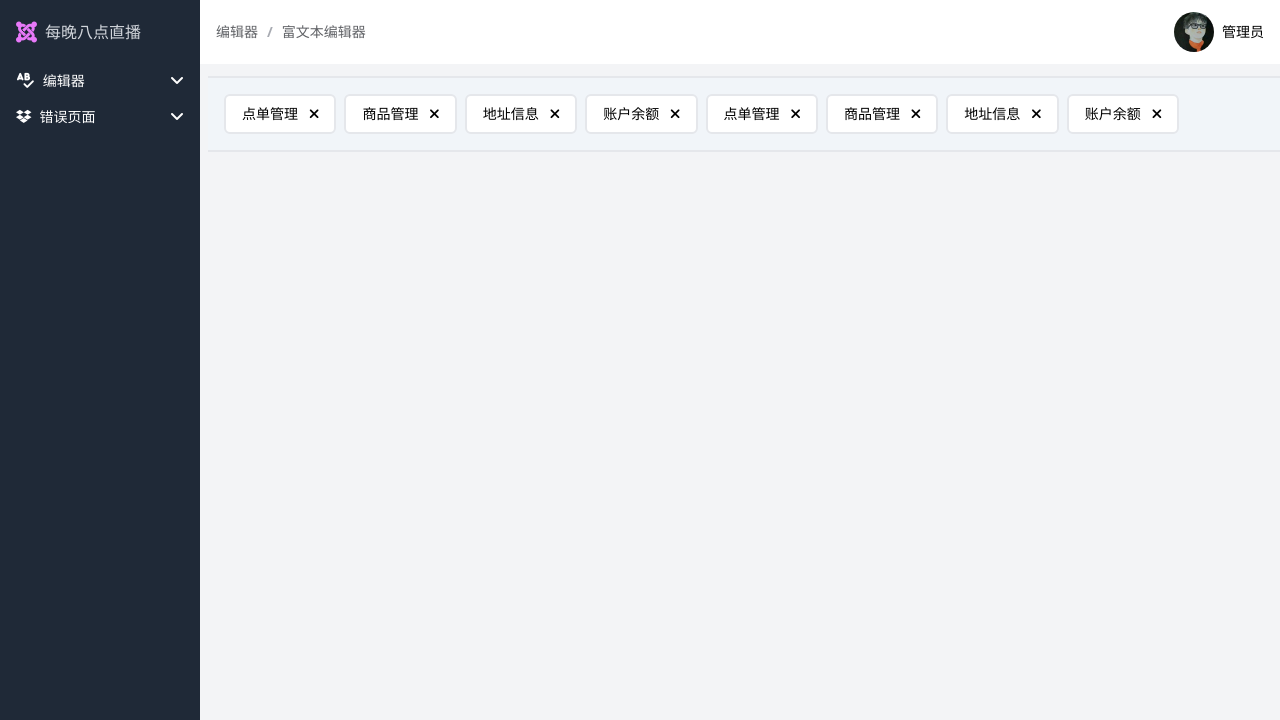
Repository: liangyingbo/vite-vue-TS
Page: /#/editor
An editor plug-in stored every save of this project. The page is shown before and after the next save, followed by the edit.
The browser window is 1280 px wide. The pictures show the whole page.
The project was rebuilt for these pictures with package versions that can differ from the ones it lists, and the page was loaded fresh each time. Also part of the build but not shown: vite.config.ts, src/components/form/HdButton.vue, src/components/form/HdInput.vue, src/components/form/hdLink.vue, src/styles/global.scss.

Above is the page before, as saved 2022-11-20 12:02:26.

After the next save:
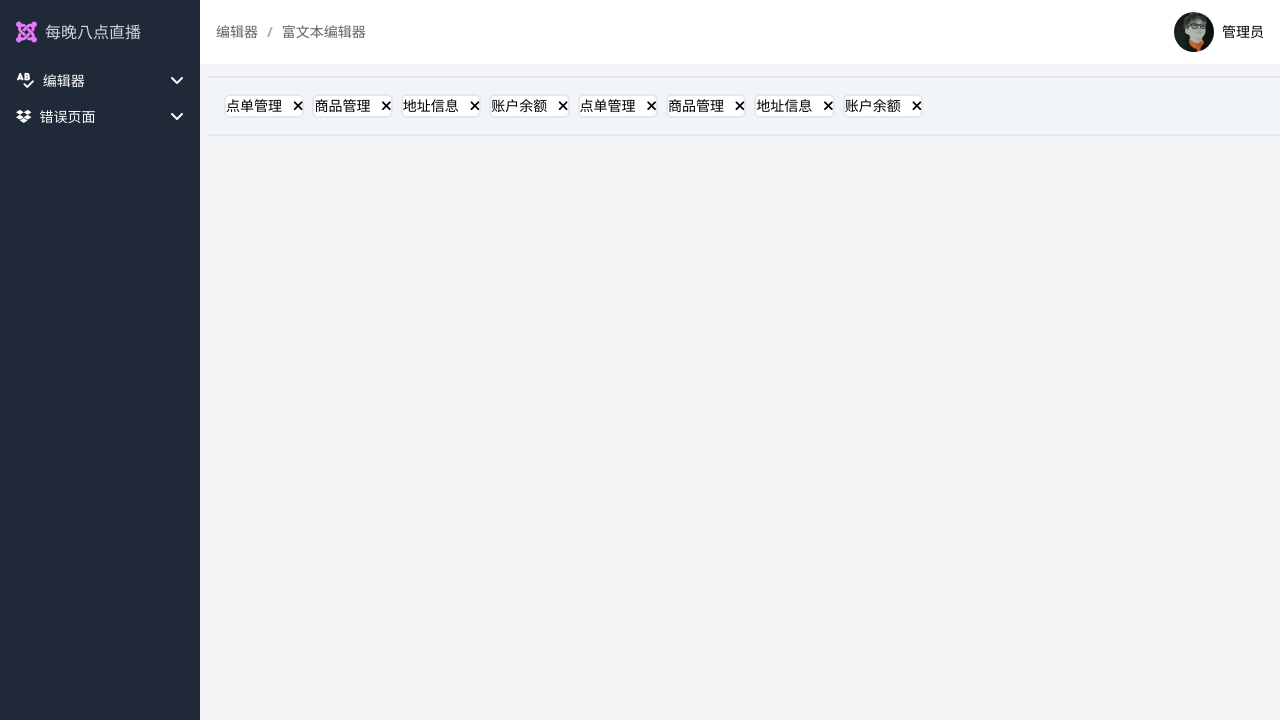
Saved 18 s later.
--- a/src/layouts/admin/historyLink.vue
+++ b/src/layouts/admin/historyLink.vue
@@ -5,7 +5,7 @@
         v-for="(l, index) of list"
         :key="index"
         href=""
-        class="bg-white border-2 px-4 py-2 rounded-md cursor-pointer text-sm"
+        class="bg-white border-2 rounded-md cursor-pointer text-sm"
         >{{ l.title }}
         <i class="fas fa-xmark ml-2"></i>
       </a>
